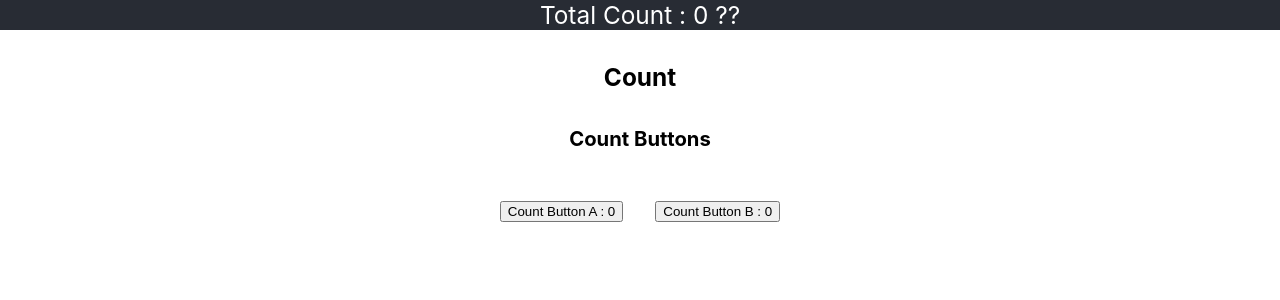
Repository: maitriyogin/jotai-meetup
Page: /
The author's editor kept a copy of each file at every save. The page is drawn from the files as they stood at one save, then again after the next save.
The browser window is 1280 px wide. The pictures show the whole page.
The project was rebuilt for these pictures with package versions that can differ from the ones it lists, and the page was loaded fresh each time.

Above is the page before, as saved 2021-11-03 17:02:37.

### src/App.js
import "./App.css";

import { Count1 } from "./Count1";
function App() {
  return (
    <div className="App">
      <header className="App-header">Total Count : {0} ??</header>
      <div className="Count-Container">
        <Count1 />
      </div>
    </div>
  );
}

export default App;

### src/App.css
.App {
  text-align: center;
}

.App-logo {
  height: 40vmin;
  pointer-events: none;
}

@media (prefers-reduced-motion: no-preference) {
  .App-logo {
    animation: App-logo-spin infinite 20s linear;
  }
}

.App-header {
  background-color: #282c34;
  display: flex;
  flex-direction: column;
  align-items: center;
  justify-content: center;
  font-size: calc(10px + 2vmin);
  color: white;
}

.Count-Container {
  display: flex;
  flex-direction: column;
  align-items: center;
  justify-content: center;
  font-size: calc(10px + 2vmin);
}
.Count-Button {
  margin: 16px;
}

.App-link {
  color: #61dafb;
}

@keyframes App-logo-spin {
  from {
    transform: rotate(0deg);
  }
  to {
    transform: rotate(360deg);
  }
}

### src/Count1.js
import React, { useState } from "react";
import { CountButton } from "./CountButton";
export const Count1 = () => {
  const [countA, setCountA] = useState(0);
  const [countB, setCountB] = useState(0);
  return (
    <div>
      <h4>Count</h4>
      <div>
        <h5>Count Buttons</h5>
        <CountButton
          id={"A"}
          count={countA}
          onClick={() => setCountA(countA + 1)}
        />
        <CountButton
          id={"B"}
          count={countB}
          onClick={() => setCountB(countB + 1)}
        />
      </div>
    </div>
  );
};

### src/CountButton.js
import React from "react";

export const CountButton = ({ id, count, onClick }) => (
  <button onClick={onClick} class="Count-Button">
    Count Button {id} : {count}
  </button>
);

Loaded but not shown: public/index.html (common file); src/index.js (common file); src/index.css (common file); src/reportWebVitals.js (common file)

After the next save:
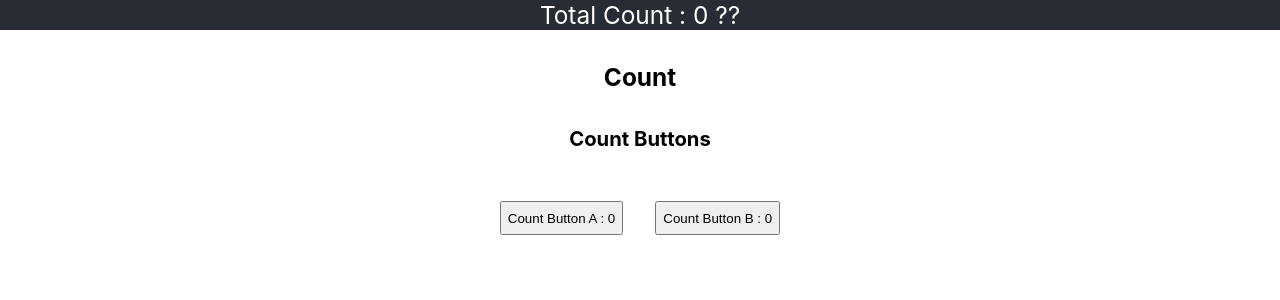
Saved 25 s later.
--- a/src/App.css
+++ b/src/App.css
@@ -32,6 +32,7 @@
 }
 .Count-Button {
   margin: 16px;
+  min-height: 34px;
 }
 
 .App-link {
